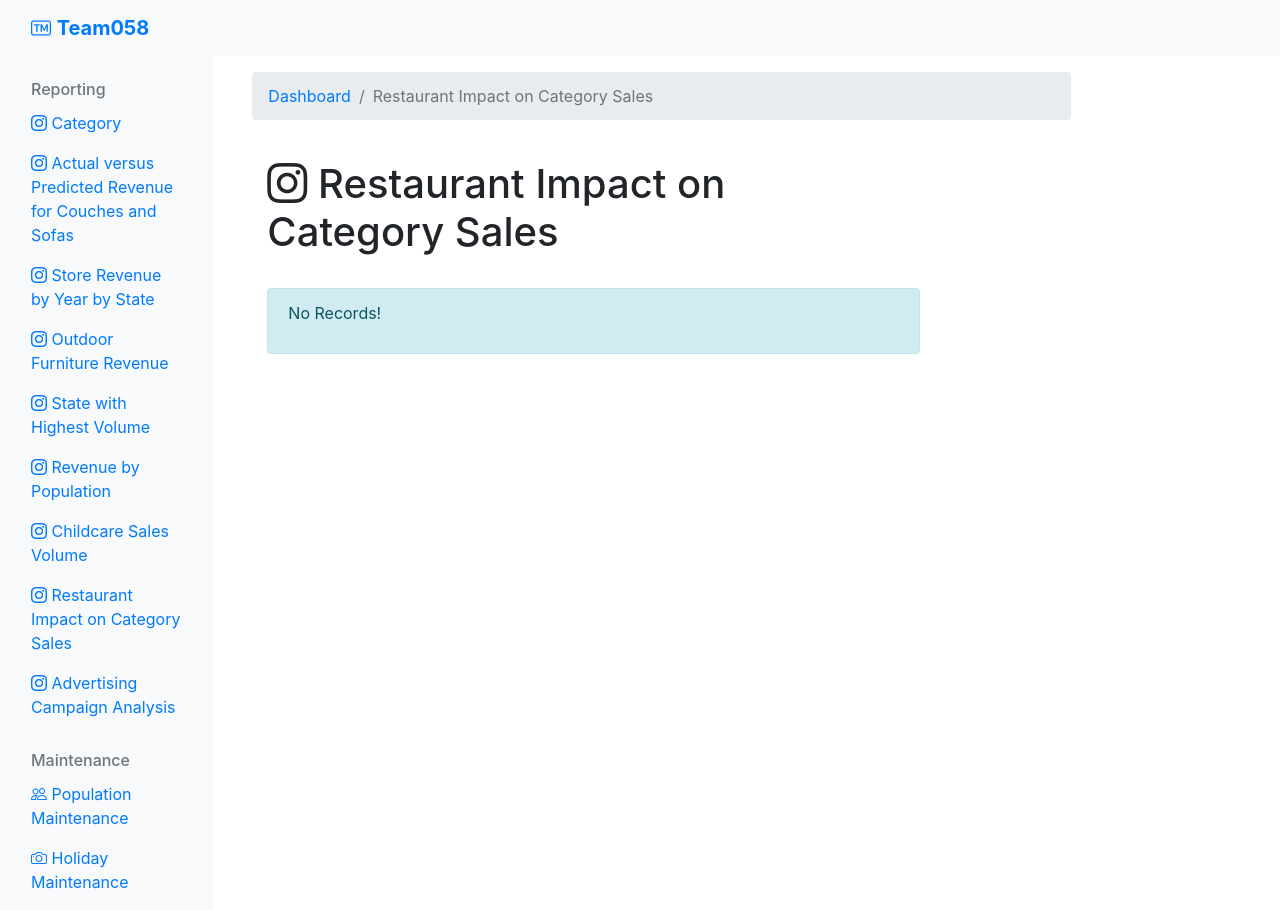
Repository: tex216/Relational-Database-Design-for-Sales-Reporting-System
Page: http://localhost/reporting/report8_restaurant_impact_on_category_sales/
The author's editor kept a copy of each file at every save. The page is drawn from the files as they stood at one save, then again after the next save.
The browser window is 1280 px wide. The pictures show the whole page.
Some web libraries are served in a nearby version. The page is served by the project's application, run on Django 3.2 (manage.py). Other server files are loaded and not shown. Queries for data that is not in the repository find no rows.

Above is the page before, as saved 2021-04-04 17:45:27.

### mren40/LSRS/reporting/templates/reporting/report8_restaurant_impact_on_category_sales.html
{% extends "_layout.html" %}

{% block content %}

<style>
    form {
        text-align: left;
    }

    .btnSubmit {
        display: block;
        text-align: center;
        margin: 0 auto;
    }
</style>

<main class="container" role="main">
    <div class="row">
        <div class="col-md-10">
            <nav aria-label="breadcrumb">
                <ol class="breadcrumb">
                    <li class="breadcrumb-item"><a href="{% url 'index' %}">Dashboard</a></li>
                    <li class="breadcrumb-item active" aria-current="page">Restaurant Impact on Category Sales</li>
                </ol>
            </nav>

            <br />
            <div class="align-items-center bg-purple rounded ">
                <h1 class="col-md-8">
                    <i class="bi bi-instagram"></i>
                    <p2>Restaurant Impact on Category Sales</p2>
                </h1>
            </div>

            <br />
            <div class="align-items-center bg-purple rounded" id="divReport8">
                <div class="col-md-10">
                    {% if report8 %}
                    <table class="table table-bordered table-hover table-sm">
                        <thead class="thead-light">
                            <tr>
                                <th scope="col">Category</th>
                                <th scope="col">Store Type</th>
                                <th scope="col">Quantity Sold</th>
                        </thead>
                        <tbody>
                            {% for tuple in report8 %}
                            <tr>
                                <td>{{ tuple.Category }}</td>
                                <td>{{ tuple.StoreType }}</td>
                                <td>{{ tuple.QuantitySold }}</td>
                            </tr>
                            {% endfor %}
                        </tbody>
                    </table>
                    {% else %}
                    <div class="alert alert-info" role="alert">
                        <p>No Records!</p>
                    </div>
                    {% endif %}
                </div>
            </div>
        </div>
    </div>
</main>

{% endblock %}

### mren40/LSRS/reporting/templates/_layout.html
<!DOCTYPE html>
<html lang="en">

<head>
  <meta charset="utf-8" />
  <meta http-equiv="X-UA-Compatible" content="IE=edge,chrome=1" />
  <meta name="viewport" content="width=device-width, initial-scale=1, shrink-to-fit=no">
  <title>LEOFURN Sales Reporting System</title>
  <link rel="shortcut icon" href="https://omscs.gatech.edu/sites/all/themes/gt_subtheme/favicon.ico"
    type="image/vnd.microsoft.icon" />

  <script src="https://code.jquery.com/jquery-3.6.0.min.js"
    integrity="sha256-/xUj+3OJU5yExlq6GSYGSHk7tPXikynS7ogEvDej/m4=" crossorigin="anonymous"></script>

</head>

<body>
  <nav class="navbar navbar-light bg-light" style="background-color: background-color: #f8f9fa!important">
    <div class="container-fluid">
      <a class="navbar-brand text-primary" href="/reporting/">
        <i class="bi bi-badge-tm"></i>
        <strong>Team058</strong>
      </a>
    </div>
  </nav>

  <div class="container-fluid">
    <div class="row">
      <nav class="col-md-2 d-none d-md-block bg-light sidebar" style="min-height: calc(100vh - 50px)">
        <div class="sidebar-sticky">
          <h6 class="sidebar-heading d-flex justify-content-between align-items-center px-3 mt-4 mb-1 text-muted">
            <span>Reporting</span>
          </h6>
          <ul class="nav flex-column mb-2">
            <li class="nav-item">
              <a class="nav-link" href="#">
                <i class="bi bi-instagram"></i>
                Category
              </a>
            </li>
            <li class="nav-item">
              <a class="nav-link" href="#">
                <i class="bi bi-instagram"></i>
                Actual versus Predicted Revenue for Couches and Sofas
              </a>
            </li>
            <li class="nav-item">
              <a class="nav-link" href="#">
                <i class="bi bi-instagram"></i>
                Store Revenue by Year by State
              </a>
            </li>
            <li class="nav-item">
              <a class="nav-link" href="#">
                <i class="bi bi-instagram"></i>
                Outdoor Furniture Revenue
              </a>
            </li>
            <li class="nav-item">
              <a class="nav-link" href="#">
                <i class="bi bi-instagram"></i>
                State with Highest Volume
              </a>
            </li>
            <li class="nav-item">
              <a class="nav-link" href="#">
                <i class="bi bi-instagram"></i>
                Revenue by Population
              </a>
            </li>
            <li class="nav-item">
              <a class="nav-link" href="#">
                <i class="bi bi-instagram"></i>
                Childcare Sales Volume
              </a>
            </li>
            <li class="nav-item">
              <a class="nav-link" href="{% url 'report8_restaurant_impact_on_category_sales' %}">
                <i class="bi bi-instagram"></i>
                Restaurant Impact on Category Sales
              </a>
            </li>
            <li class="nav-item">
              <a class="nav-link" href="{% url 'report9_advertising_campaign_analysis' %}">
                <i class="bi bi-instagram"></i>
                Advertising Campaign Analysis
              </a>
            </li>
          </ul>

          <h6 class="sidebar-heading d-flex justify-content-between align-items-center px-3 mt-4 mb-1 text-muted">
            <span>Maintenance</span>
          </h6>
          <ul class="nav flex-column mb-2">
            <li class="nav-item">
              <a class="nav-link" href="{% url 'population' %}">
                <i class="bi bi-people"></i>
                Population Maintenance
              </a>
            </li>
            <li class="nav-item">
              <a class="nav-link" href="{% url 'holiday' %}">
                <i class="bi bi-camera"></i>
                Holiday Maintenance
              </a>
            </li>
          </ul>
        </div>
      </nav>

      <section role="main" class="col-md-9 ml-sm-auto col-lg-10 pt-3 px-4">

        <div class="d-flex justify-content-between flex-wrap flex-md-nowrap align-items-center pb-2 mb-3">

          {% block content %}{% endblock %}

        </div>

      </section>
    </div>
  </div>

  <!-- Google Font -->
  <link defer href="https://fonts.googleapis.com/css?family=Nunito:300,300i,400,600,800" rel="stylesheet">
  <!-- Bootstrap Icons -->
  <link defer rel="stylesheet" href="https://cdn.jsdelivr.net/npm/bootstrap-icons@1.4.0/font/bootstrap-icons.css">
  <link defer rel="stylesheet" href="https://maxcdn.bootstrapcdn.com/bootstrap/4.0.0/css/bootstrap.min.css"
    integrity="sha384-Gn5384xqQ1aoWXA+058RXPxPg6fy4IWvTNh0E263XmFcJlSAwiGgFAW/dAiS6JXm" crossorigin="anonymous">


</body>

</html>

### mren40/LSRS/reporting/reports/report8.py
from django.views import generic
from reporting.repository.sqlhelper import SqlHelper


class GetReport(generic.ListView):
    template_name = "reporting/report8_restaurant_impact_on_category_sales.html"
    context_object_name = "report8"

    def get_queryset(self):
        obj = SqlHelper()
        report_res = obj.get_report8()
        obj.close()
        return report_res

### mren40/LSRS/reporting/repository/sqlhelper.py
import pymysql


class SqlHelper(object):
    def __init__(self):
        self.conn = pymysql.connect(
            host="127.0.0.1", port=3306, user="root", passwd="spring2021_cs6400", db="cs6400_sp21_team058"
        )
        self.cursor = self.conn.cursor(cursor=pymysql.cursors.DictCursor)

    def get_report8(self):
        self.cursor.execute(
            "SELECT COLS.Category, COLS.`Store Type` AS StoreType, IFNULL(ACT.`Quantity Sold`, 0) AS QuantitySold "
            "FROM "
            "( ( SELECT C01.Category_Name AS Category, 'Restaurant' AS `Store Type` FROM CATEGORY AS C01) "
            "UNION "
            "( SELECT C02.Category_Name AS Category, 'Non-restaurant' AS `Store Type` FROM CATEGORY AS C02) ) "
            "AS COLS "
            "LEFT JOIN "
            "(SELECT C.Category_Name AS Category, "
            "IF(T.Has_Restaurant IS TRUE, 'Restaurant', 'Non-restaurant') AS `Store Type`, "
            "SUM(S.Quantity) AS `Quantity Sold` "
            "FROM CATEGORY AS C "
            "INNER JOIN ASSIGNED AS A ON C.Category_Name = A.Category_Name "
            "INNER JOIN PRODUCT AS P ON A.PID = P.PID "
            "INNER JOIN SALE AS S ON P.PID = S.PID "
            "INNER JOIN STORE AS T ON S.Store_Number = T.Store_Number "
            "GROUP BY Category, `Store Type` "
            ") AS ACT "
            "ON COLS.Category = ACT.Category AND COLS.`Store Type` = ACT.`Store Type` "
            "ORDER BY COLS.Category ASC, COLS.`Store Type` ASC; "
        )
        report8_res = self.cursor.fetchall()
        return report8_res

    def get_report9(self):
        self.cursor.execute(
            "SELECT `Product ID` AS ProductID, `Product Name` AS ProductName, "
            "`Sold During Campaign` AS SoldDuringCampaign, `Sold Outside Campaign` AS SoldOutsideCampaign, Difference "
            "FROM( "
            "( "
            "SELECT P.PID AS `Product ID`, P.Product_Name AS `Product Name`, "
            "SUM(IF(A.`Description` IS NULL,0,1) * IFNULL(S.Quantity,0)) AS `Sold During Campaign`, "
            "SUM(IF(A.`Description` IS NULL,1,0) * IFNULL(S.Quantity,0)) AS `Sold Outside Campaign`, "
            "(SUM(IF(A.`Description` IS NULL,0,1) * IFNULL(S.Quantity,0)) - "
            "SUM(IF(A.`Description` IS NULL,1,0) * IFNULL(S.Quantity,0))) AS Difference "
            "FROM PRODUCT AS P "
            "INNER JOIN DISCOUNT AS I ON P.PID = I.PID "
            "LEFT JOIN SALE AS S ON I.`Date` = S.`Date` AND I.PID = S.PID "
            "LEFT JOIN DAY AS D ON S.`Date` = D.`Date` "
            "LEFT JOIN HOLD AS H ON D.`Date` = H.`Date` "
            "LEFT JOIN ADVERTISING_CAMPAIGN AS A ON H.`Description` = A.`Description` "
            "GROUP BY `Product ID` "
            "ORDER BY Difference DESC "
            "LIMIT 10 "
            ") "
            "UNION "
            "( "
            "SELECT P2.PID AS `Product ID`, P2.Product_Name AS `Product Name`, "
            "SUM(IF(A2.`Description` IS NULL,0,1) * IFNULL(S2.Quantity,0)) AS `Sold During Campaign`, "
            "SUM(IF(A2.`Description` IS NULL,1,0) * IFNULL(S2.Quantity,0)) AS `Sold Outside Campaign`, "
            "(SUM(IF(A2.`Description` IS NULL,0,1) * IFNULL(S2.Quantity,0)) - "
            "SUM(IF(A2.`Description` IS NULL,1,0) * IFNULL(S2.Quantity,0))) AS Difference "
            "FROM PRODUCT AS P2 "
            "INNER JOIN DISCOUNT AS I2 ON P2.PID = I2.PID "
            "LEFT JOIN SALE AS S2 ON I2.`Date` = S2.`Date` AND I2.PID = S2.PID "
            "LEFT JOIN DAY AS D2 ON S2.`Date` = D2.`Date` "
            "LEFT JOIN HOLD AS H2 ON D2.`Date` = H2.`Date` "
            "LEFT JOIN ADVERTISING_CAMPAIGN AS A2 ON H2.`Description` = A2.`Description` "
            "GROUP BY `Product ID` "
            "ORDER BY Difference ASC "
            "LIMIT 10 "
            ") "
            ") AS UN "
            "ORDER BY Difference DESC; "
        )
        report9_res = self.cursor.fetchall()
        return report9_res

    def close(self):
        self.cursor.close()
        self.conn.close()

### mren40/LSRS/common/urls.py
"""common URL Configuration

The `urlpatterns` list routes URLs to views. For more information please see:
    https://docs.djangoproject.com/en/3.1/topics/http/urls/
Examples:
Function views
    1. Add an import:  from my_app import views
    2. Add a URL to urlpatterns:  path('', views.home, name='home')
Class-based views
    1. Add an import:  from other_app.views import Home
    2. Add a URL to urlpatterns:  path('', Home.as_view(), name='home')
Including another URLconf
    1. Import the include() function: from django.urls import include, path
    2. Add a URL to urlpatterns:  path('blog/', include('blog.urls'))
"""
from django.contrib import admin
from django.urls import path
from django.urls import include
from django.conf import settings
from django.conf.urls.static import static
from django.views.generic import RedirectView


urlpatterns = [
    path("reporting/", include("reporting.urls")),
]

urlpatterns += static(settings.STATIC_URL, document_root=settings.STATIC_ROOT)

urlpatterns += [
    path("", RedirectView.as_view(url="/reporting/", permanent=True)),
]

### mren40/LSRS/reporting/urls.py
from django.urls import path
from reporting import views
from reporting.maintenances import holiday, population
from reporting.reports import report8, report9

urlpatterns = [path("", views.index, name="index")]

urlpatterns += [path("holiday/", holiday.HolidayList.as_view(), name="holiday")]

urlpatterns += [path("holiday/add_holiday/", holiday.add_new_holiday, name="add_holiday")]

urlpatterns += [
    path("population/", population.city_population_load, name="population"),
    path("population/get_city_list/", population.get_city_list, name="population_get_city_list"),
    path("population/get_city_population/", population.get_city_population, name="population_get_city_population"),
]

urlpatterns += [
    path(
        "report8_restaurant_impact_on_category_sales/",
        report8.GetReport.as_view(),
        name="report8_restaurant_impact_on_category_sales",
    )
]

urlpatterns += [
    path(
        "report9_advertising_campaign_analysis/",
        report9.GetReport.as_view(),
        name="report9_advertising_campaign_analysis",
    )
]

After the next save:
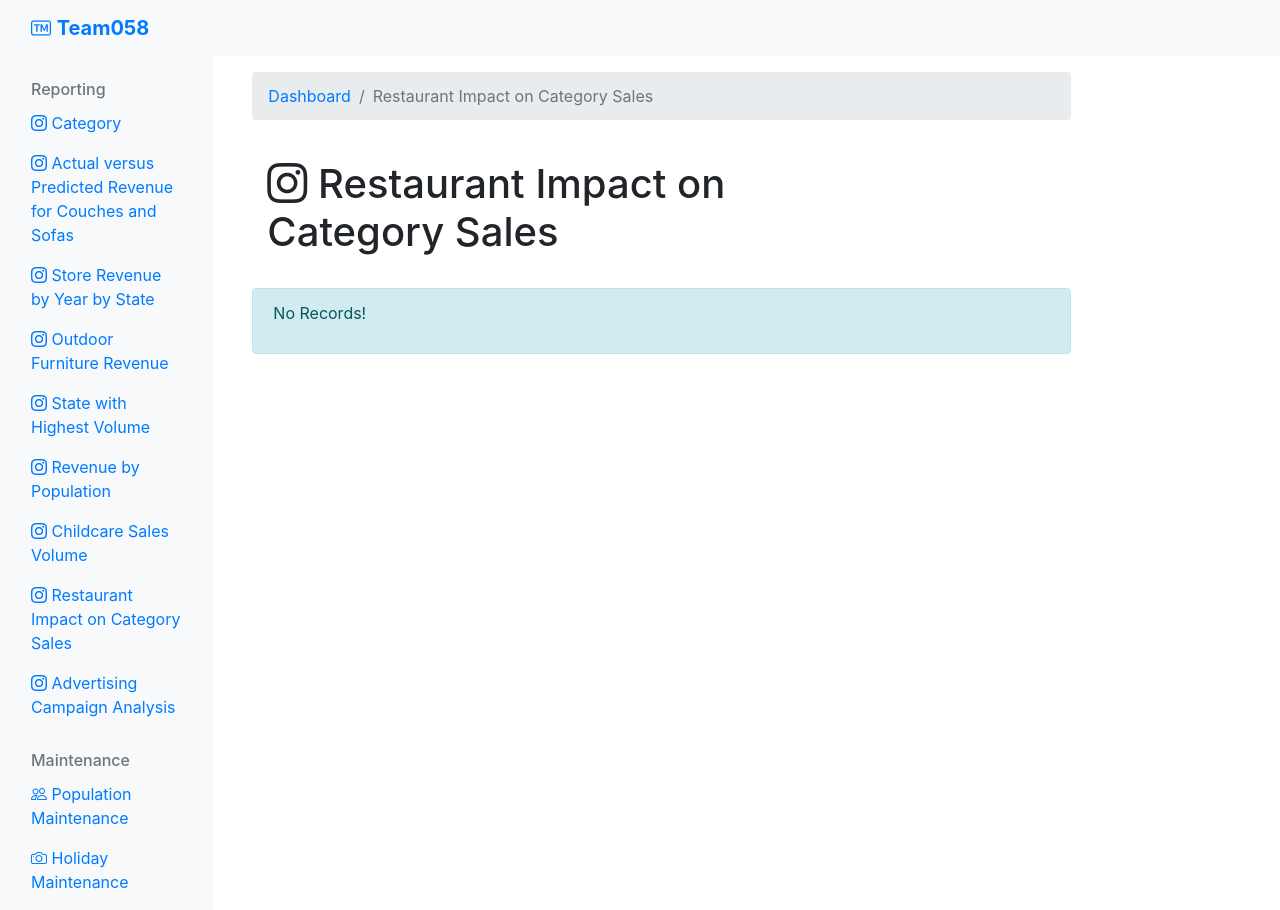
Saved 48 s later.
--- a/mren40/LSRS/reporting/templates/reporting/report8_restaurant_impact_on_category_sales.html
+++ b/mren40/LSRS/reporting/templates/reporting/report8_restaurant_impact_on_category_sales.html
@@ -34,7 +34,7 @@
 
             <br />
             <div class="align-items-center bg-purple rounded" id="divReport8">
-                <div class="col-md-10">
+                <div class="col-md-20">
                     {% if report8 %}
                     <table class="table table-bordered table-hover table-sm">
                         <thead class="thead-light">

After the save that followed:
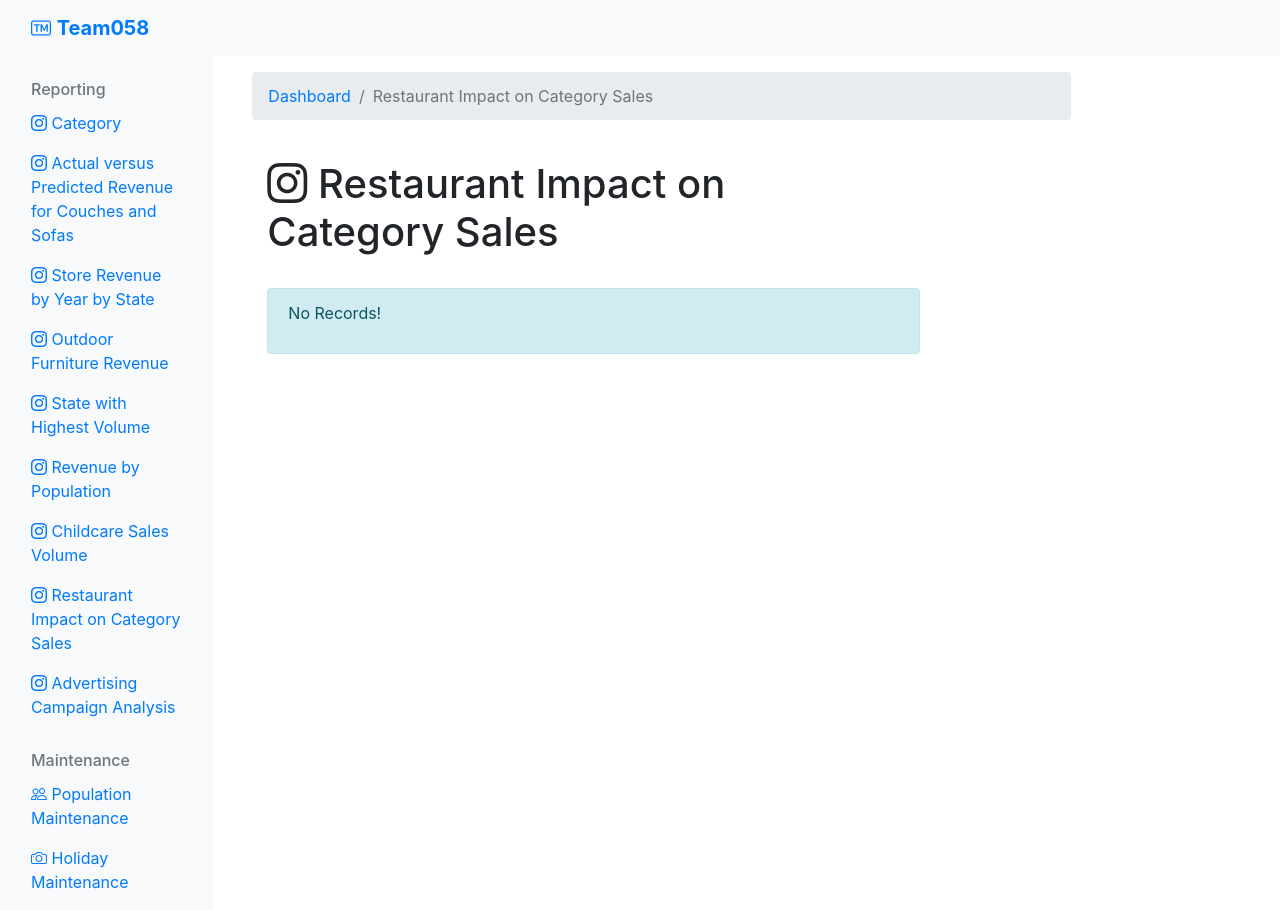
Saved 8 s later.
--- a/mren40/LSRS/reporting/templates/reporting/report8_restaurant_impact_on_category_sales.html
+++ b/mren40/LSRS/reporting/templates/reporting/report8_restaurant_impact_on_category_sales.html
@@ -34,7 +34,7 @@
 
             <br />
             <div class="align-items-center bg-purple rounded" id="divReport8">
-                <div class="col-md-20">
+                <div class="col-md-10">
                     {% if report8 %}
                     <table class="table table-bordered table-hover table-sm">
                         <thead class="thead-light">
